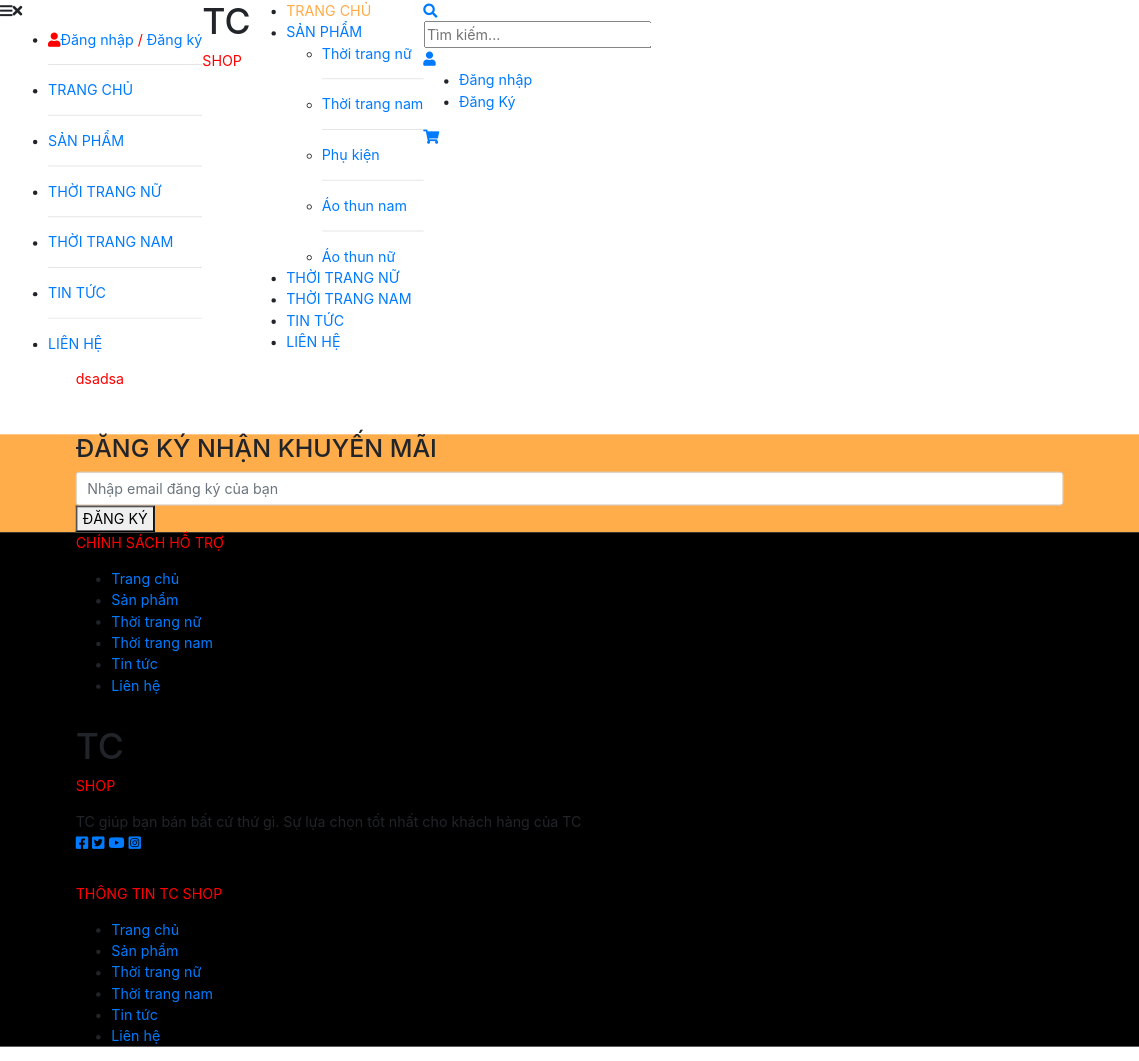
Repository: congthinh1701/TCshop
Page: ThongTinTaiKhoan.html
An editor plug-in stored every save of this project. The page is shown before and after the next save, followed by the edit.
The browser window is 1280 px wide. The pictures show the whole page, at 89% of full size.
The style sheet was rebuilt from its Sass, Less or Tailwind sources for each picture, by a compiler version that may differ from the author's.

Above is the page before, as saved 2021-09-08 16:50:48.

### ThongTinTaiKhoan.html
<!DOCTYPE html>
<html lang="en">
<head>
    <meta charset="UTF-8">
    <meta http-equiv="X-UA-Compatible" content="IE=edge">
    <meta name="viewport" content="width=device-width, initial-scale=1.0">
    <title>Document</title>
    <link rel="stylesheet" href="fontawesome-free-5.15.4-web/css/all.css">
    <link rel="stylesheet" href="sass/style.css">
</head>
<body>
    <div id="headerID"> <!-- your header --> </div>
    <div class="container">
        <div class="trang-tai-khoan">
            <div>
                <p>dsadsa</p>
            </div>
        </div>
    </div>
    <div id="footerID"> <!-- your header --> </div>
    <script src="https://cdnjs.cloudflare.com/ajax/libs/jquery/3.6.0/jquery.min.js" integrity="sha512-894YE6QWD5I59HgZOGReFYm4dnWc1Qt5NtvYSaNcOP+u1T9qYdvdihz0PPSiiqn/+/3e7Jo4EaG7TubfWGUrMQ==" crossorigin="anonymous" referrerpolicy="no-referrer"></script>
    <script>
        $("#headerID").load("header.html");
        $("#footerID").load("footer.html");
      </script>
</body>
</html>

### header.html
<!DOCTYPE html>
<html lang="en">
<head>
    <meta charset="UTF-8">
    <meta http-equiv="X-UA-Compatible" content="IE=edge">
    <meta name="viewport" content="width=device-width, initial-scale=1.0">
    <title>Document</title>
    <link rel="stylesheet" href="assets/css/style.css">
    <link rel="stylesheet" href="assets/css/base.css">
    <link rel="stylesheet" href="fontawesome-free-5.15.4-web/css/all.css">
    <link rel="stylesheet" href="https://maxcdn.bootstrapcdn.com/bootstrap/4.1.3/css/bootstrap.min.css">
    <script src="https://maxcdn.bootstrapcdn.com/bootstrap/4.1.3/js/bootstrap.min.js"></script>
</head>
<body>
    <div class="container-lg">
        <div class="nav">
            <label for="nav-mobile-input" class="nav_bars-btn">
                <i class="fas fa-bars"></i>
            </label>

            <input hidden type="checkbox" name="" class="nav_input" id="nav-mobile-input">
            <label for="nav-mobile-input" class="nav_overlay"></label>
            <nav class="nav-mobile">
                <label for="nav-mobile-input" class="nav__mobile-close">
                    <i class="fas fa-times"></i>
                </label>
                <ul class="nav__mobile-list">

                    <li class="nav__mobile-list-user">

                        <p><i class="fas fa-user"></i><a href="#">Đăng nhập</a> <span>/</span> <a href="#">Đăng ký</a>
                        </p>
                    </li>
                    <hr>
                    <li>
                        <a href="" class="nav__mobile-link">TRANG CHỦ</a>
                    </li>
                    <hr>
                    <li>
                        <a href="" class="nav__mobile-link">SẢN PHẨM</a>
                    </li>
                    <hr>
                    <li>
                        <a href="" class="nav__mobile-link">THỜI TRANG NỮ</a>
                    </li>
                    <hr>
                    <li>
                        <a href="" class="nav__mobile-link">THỜI TRANG NAM</a>
                    </li>
                    <hr>
                    <li>
                        <a href="" class="nav__mobile-link">TIN TỨC</a>
                    </li>
                    <hr>
                    <li>
                        <a href="" class="nav__mobile-link">LIÊN HỆ</a>
                    </li>
                </ul>
            </nav>
            <div class="nav-logo">
                <h1>TC</h1>
                <p>SHOP</p>
            </div>
            <nav class="nav-pc">
                <ul class="nav__list">
                    <li>
                        <a style="color:#ffac4b" href="home.html" class="nav__link">TRANG CHỦ</a>
                    </li>
                    <li class="options">
                        <a href="" class="nav__link">SẢN PHẨM</a>
                        <div class="nav__link-options">
                            <ul class="nav__link-options-list">
                                <li><a href="#">Thời trang nữ</a></li>
                                <hr>
                                <li><a href="#">Thời trang nam</a></li>
                                <hr>
                                <li><a href="#">Phụ kiện</a></li>
                                <hr>
                                <li><a href="#">Áo thun nam</a></li>
                                <hr>
                                <li><a href="#">Áo thun nữ</a></li>
                            </ul>
                        </div>
                    </li>
                    <li>
                        <a href="" class="nav__link">THỜI TRANG NỮ</a>
                    </li>
                    <li>
                        <a href="" class="nav__link">THỜI TRANG NAM</a>
                    </li>
                    <li>
                        <a href="" class="nav__link">TIN TỨC</a>
                    </li>
                    <li>
                        <a href="" class="nav__link">LIÊN HỆ</a>
                    </li>
                </ul>
            </nav>
            <div class="nav-right">
                <div class="search">
                    <a href="#"><i class="fas fa-search"></i></a>
                    <div class="search-hover">
                        <form>
                            <input class="search" type="text" name="search" placeholder="Tìm kiếm..." />
                        </form>
                    </div>
                </div>
                <div class="user">
                    <a href="#"> <i class="fas fa-user"></i></a>
                    <div class="user-hover">
                        <ul class="user-hover-list">
                            <li class="nav_link"><a href="#">Đăng nhập</a></li>
                            <li><a href="#">Đăng Ký</a></li>
                        </ul>
                    </div>
                </div>
                <div class="shopping">
                    <a href="card.html"><i class="fas fa-shopping-cart"></i></a>

                </div>
            </div>


        </div>
    </div>
</body>
</html>

### footer.html
<!DOCTYPE html>
<html lang="en">
<head>
    <meta charset="UTF-8">
    <meta http-equiv="X-UA-Compatible" content="IE=edge">
    <meta name="viewport" content="width=device-width, initial-scale=1.0">
    <title>Document</title>
    <link rel="stylesheet" href="assets/css/style.css">
    <link rel="stylesheet" href="assets/css/base.css">
    <link rel="stylesheet" href="fontawesome-free-5.15.4-web/css/all.css">
    <link rel="stylesheet" href="https://maxcdn.bootstrapcdn.com/bootstrap/4.1.3/css/bootstrap.min.css">
    <script src="https://maxcdn.bootstrapcdn.com/bootstrap/4.1.3/js/bootstrap.min.js"></script>
</head>
<body>
    <div class="container-lg" style="background-color: #ffac4b; margin-top: 50px;">
        <div class="container dangky">
            <div class="dangky-left">
                <h3>ĐĂNG KÝ NHẬN KHUYẾN MÃI</h3>
            </div>
            <div class="dangky-right">
                <form>
                    <input class="form-control" type="text" placeholder="Nhập email đăng ký của bạn">
                    <button type="button">ĐĂNG KÝ</button>
                </form>
            </div>
        </div>
    </div>

    <div class="container-lg" style="background-color: black">
        <div class="container footer">
            <div class="chinhsach-hotro">
                <p class="header">CHÍNH SÁCH HỖ TRỢ</p>
                <ul class="nav-list">
                    <li class="nav_link"><a href="#">Trang chủ</a></li>
                    <li class="nav_link"><a href="#">Sản phẩm</a></li>
                    <li class="nav_link"><a href="#">Thời trang nữ</a></li>
                    <li class="nav_link"><a href="#">Thời trang nam</a></li>
                    <li class="nav_link"><a href="#">Tin tức</a></li>
                    <li class="nav_link"><a href="#">Liên hệ</a></li>
                </ul>
            </div>
            <hr>
            <div class="ketnoi-shop">
                <h1>TC</h1>
                <p>SHOP</p>
                <span>TC giúp bạn bán bất cứ thứ gì. Sự lựa chọn tốt nhất cho khách hàng của TC</span>
                <div class="mangxahoi">
                    <a href="#"><i class="fab fa-facebook-square"></i></a>
                    <a href="#"><i class="fab fa-twitter-square"></i></a>
                    <a href="#"><i class="fab fa-youtube"></i></a>
                    <a href="#"><i class="fab fa-instagram-square"></i></a>
                </div>
            </div>
            <hr>
            <div class="thongtin-shop">
                <p class="header">THÔNG TIN TC SHOP</p>
                <ul class="nav-list">
                    <li class="nav_link"><a href="#">Trang chủ</a></li>
                    <li class="nav_link"><a href="#">Sản phẩm</a></li>
                    <li class="nav_link"><a href="#">Thời trang nữ</a></li>
                    <li class="nav_link"><a href="#">Thời trang nam</a></li>
                    <li class="nav_link"><a href="#">Tin tức</a></li>
                    <li class="nav_link"><a href="#">Liên hệ</a></li>
                </ul>
            </div>
        </div>
    </div>
</body>
</html>

### assets/css/base.css
:root{
    --primary-color:#EE4D2D;
    --primary-color-rgba:rgb(238,75,43);
    --white-color:#fff;
    --black-color:#000;
    --text-color:#333333;
    --font-weight:700;
    --font-size-product:19px;
    --font-weight-product:400;
    --font-size-price:18px;
    --header-height:120px;
    --navbar-height:34px;
    --header-with-search-height:calc(var(var(--header-height)-var(var(--navbar-height))))

}

### sass/style.scss

$text-color:red;

p{
    color: $text-color;
}

Loaded but not shown: fontawesome-free-5.15.4-web/css/all.css (library)

After the next save:
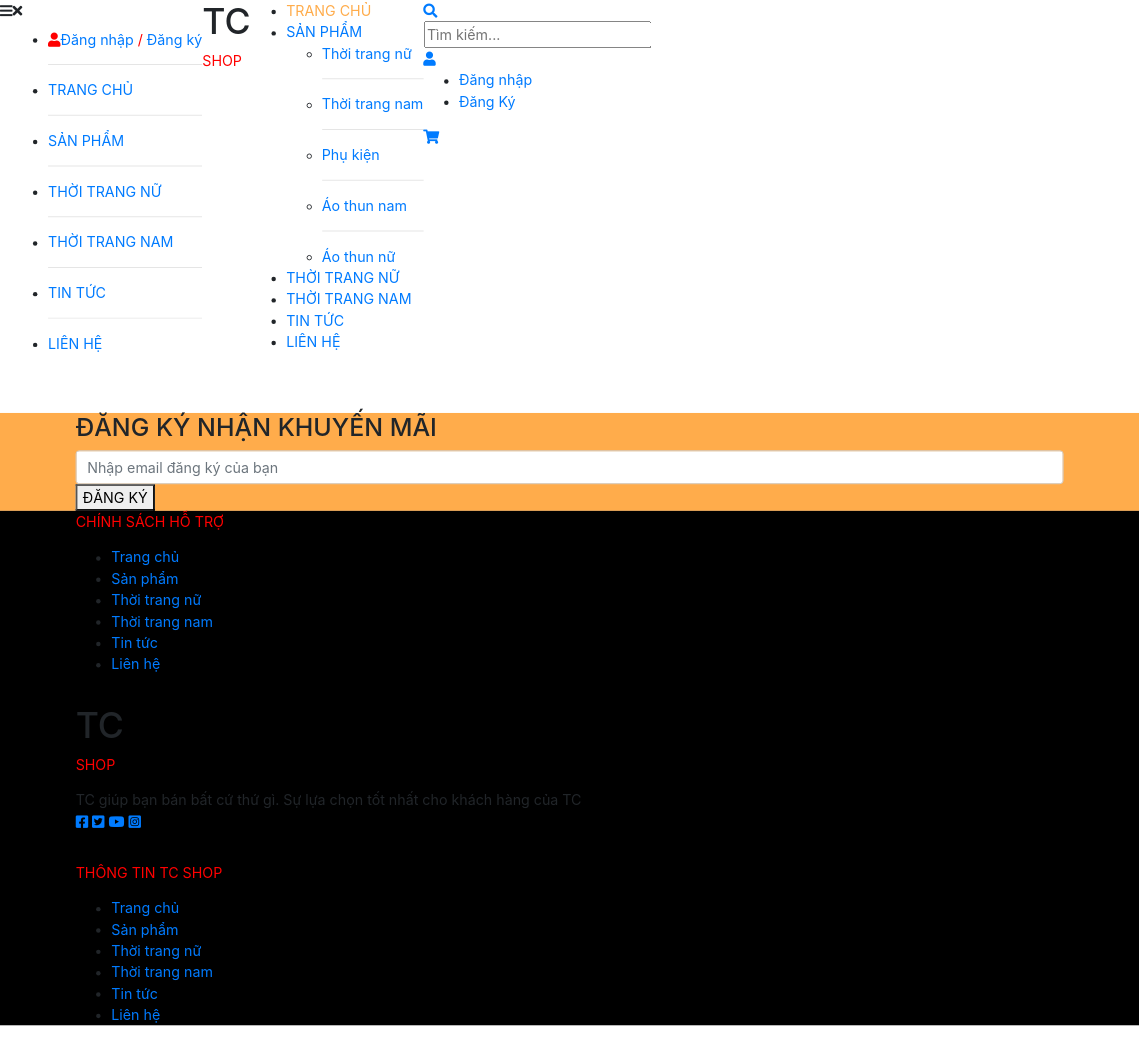
Saved 7 s later.
--- a/ThongTinTaiKhoan.html
+++ b/ThongTinTaiKhoan.html
@@ -13,7 +13,7 @@
     <div class="container">
         <div class="trang-tai-khoan">
             <div>
-                <p>dsadsa</p>
+
             </div>
         </div>
     </div>
